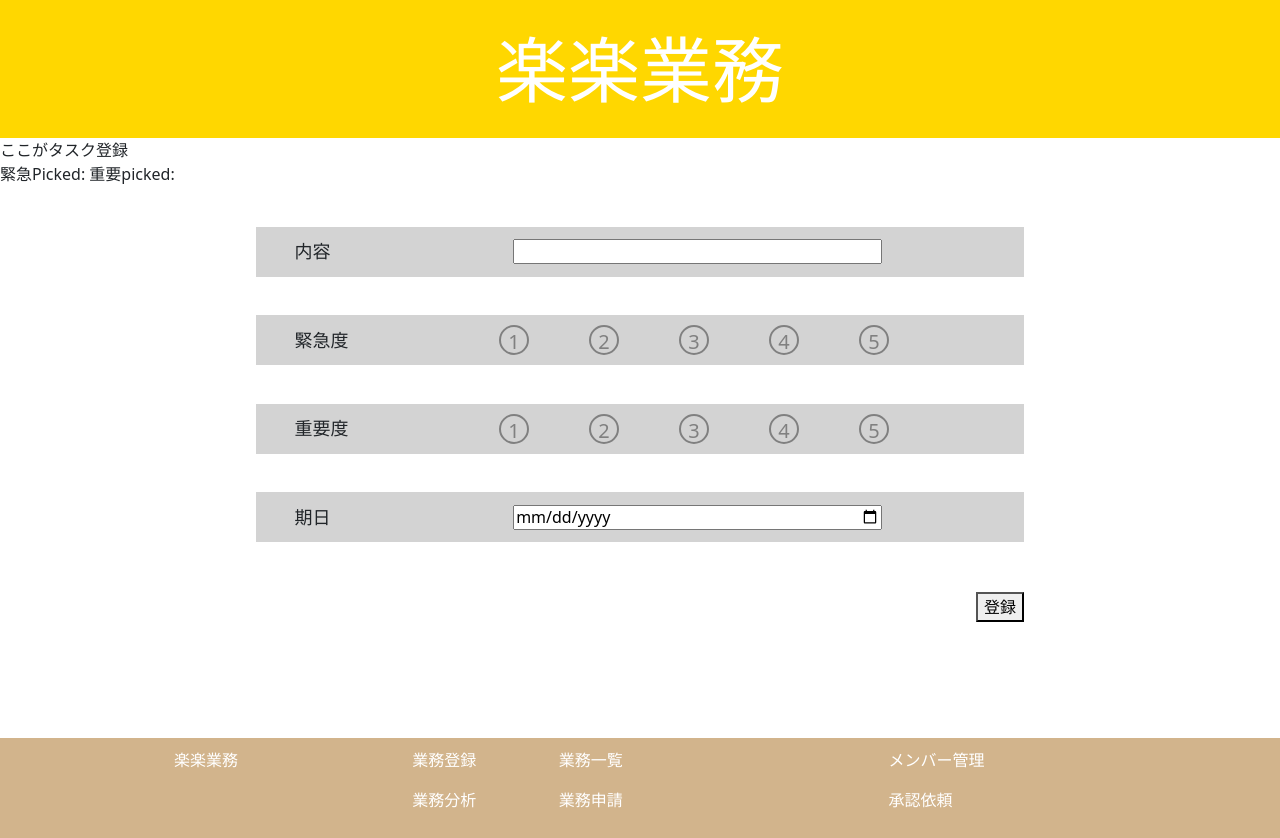
Repository: Reiya-1003/VueReplaceTask
Page: /#/register
The author's editor kept a copy of each file at every save. The page is drawn from the files as they stood at one save, then again after the next save.
The browser window is 1280 px wide. The pictures show the whole page.
The project was rebuilt for these pictures with package versions that can differ from the ones it lists, and the page was loaded fresh each time. Also part of the build but not shown: vue.config.js, src/components/pages/PageHome.vue.

Above is the page before, as saved 2022-06-16 17:45:28.

After the next save:
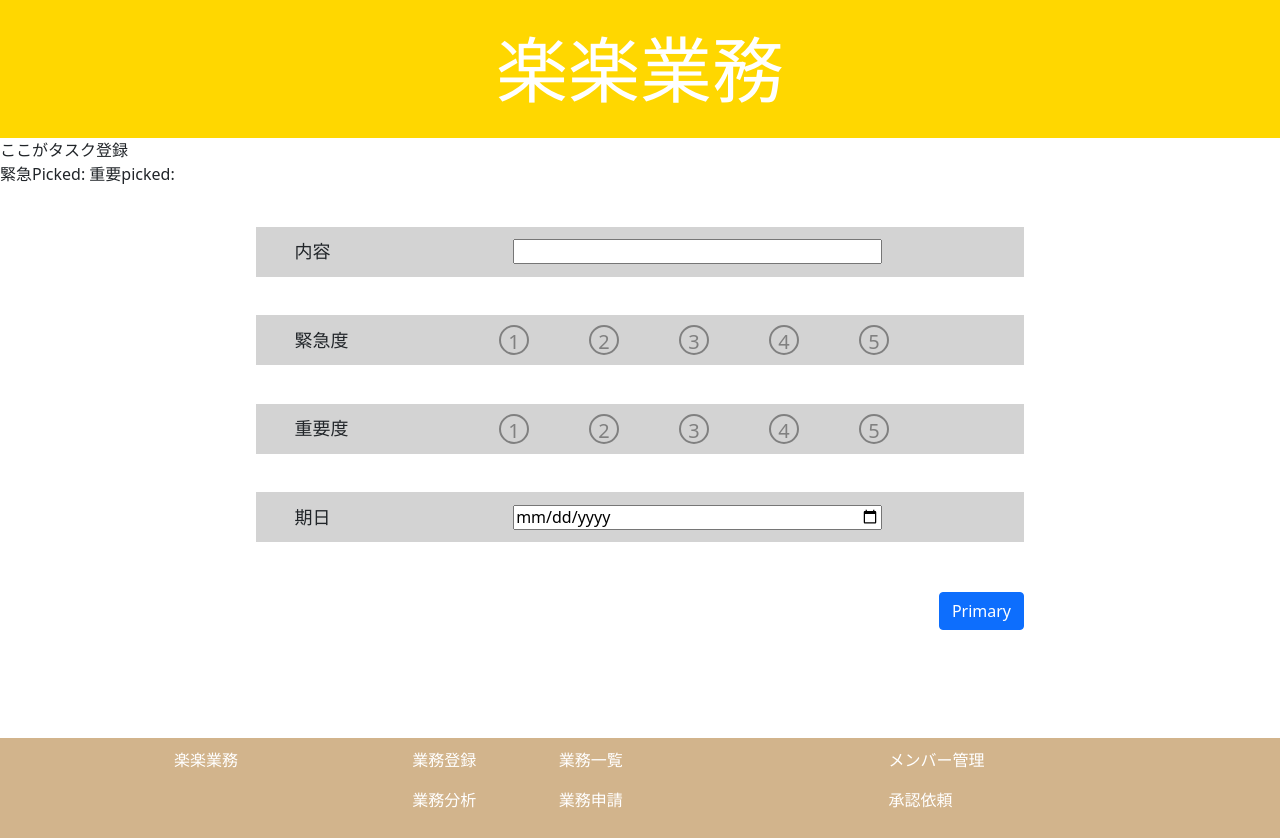
Saved 60 s later.
--- a/src/components/pages/PageRegister.vue
+++ b/src/components/pages/PageRegister.vue
@@ -57,9 +57,7 @@
       </div>
     </div>
     <div class="listbutton">
-      <button>
-        登録
-      </button>
+      <b-button variant="primary">Primary</b-button>
     </div>
 
   </div>
